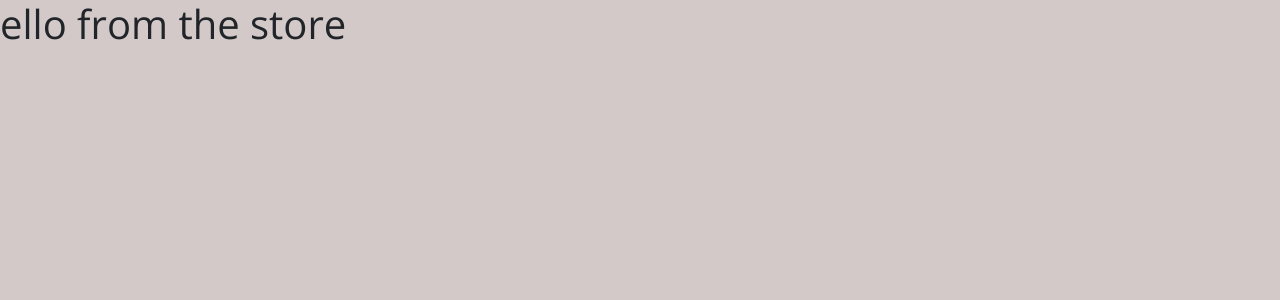
Repository: CaptainStorm21/react16-techstore
Page: /
The author's editor kept a copy of each file at every save. The page is drawn from the files as they stood at one save, then again after the next save.
The browser window is 1280 px wide. The pictures show the whole page.
Some web fonts or font styles are not loaded; a fallback is used. The project was rebuilt for these pictures with package versions that can differ from the ones it lists, and the page was loaded fresh each time.

Above is the page before, as saved 2020-05-06 22:00:11.

After the next save:
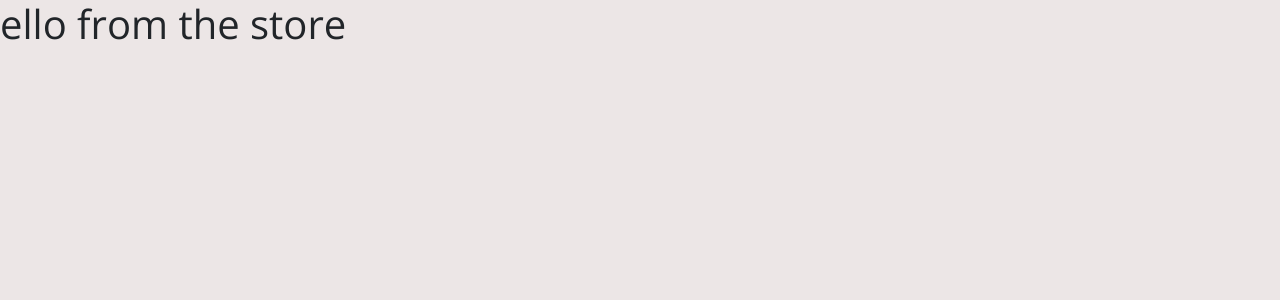
Saved 6 s later.
--- a/src/App.css
+++ b/src/App.css
@@ -10,7 +10,7 @@
 :root{
   --primaryColor:  #0a74bb;
   --primaryRGBA: rgba(0,0,0,0.3);
-  --mainGrey: #d3c9c9 !important;
+  --mainGrey: #ece6e6 !important;
   --darkGrey: #1A1110;
   --mainWhite: #fff;
   --mainBlack: #222;
